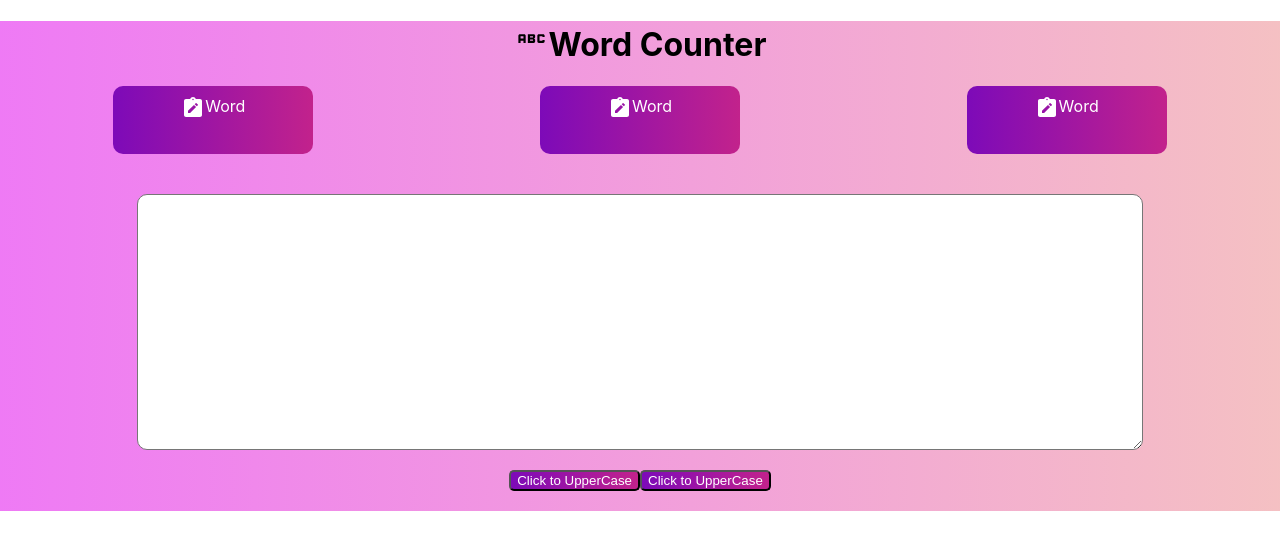
Repository: 123cuongcao/nopbai-basic
Page: /
The author's editor kept a copy of each file at every save. The page is drawn from the files as they stood at one save, then again after a run of saves.
The browser window is 1280 px wide. The pictures show the whole page.
The project was rebuilt for these pictures with package versions that can differ from the ones it lists, and the page was loaded fresh each time.

Above is the page before, as saved 2023-08-15 11:48:09.

After the next 2 saves:
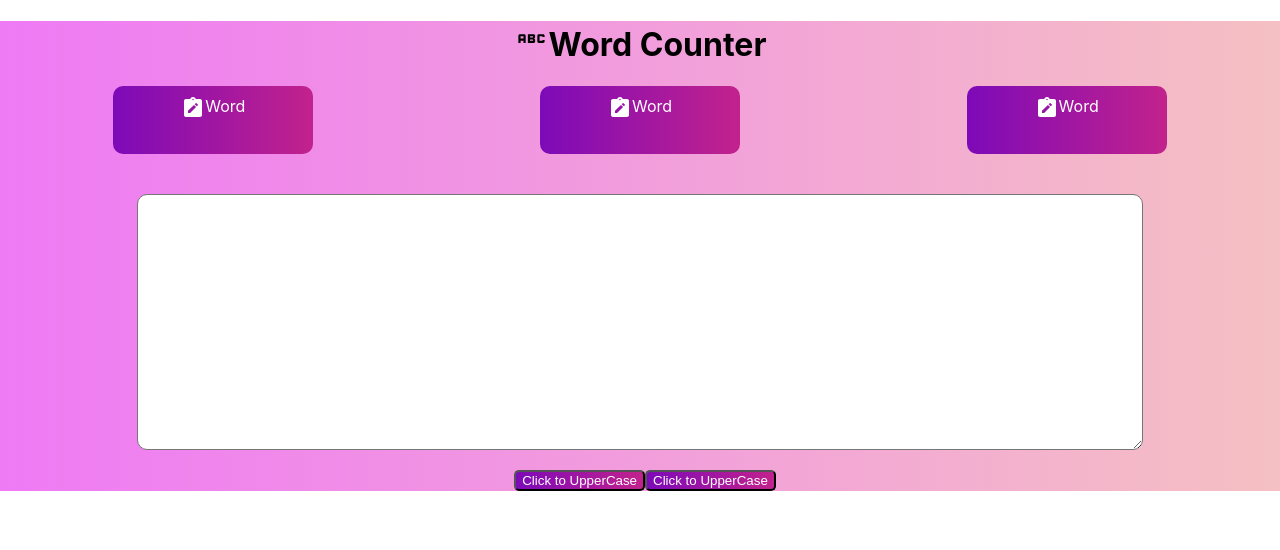
The 2 saves are shown as one change because they came seconds apart.
The last was saved 8 s later.
--- a/src/components/index.jsx
+++ b/src/components/index.jsx
@@ -22,7 +22,7 @@ export default function Index() {
             <Textarea/>
       </div>
 
-      <div style={{display:'flex',justifyContent:'center',padding:'20px '}}>
+      <div style={{display:'flex',justifyContent:'center',padding:'20px 0px 0px 10px'}}>
             <button style={{background:'linear-gradient(to right,#7D0AB8,#C2228C',color:'#fff',borderRadius:'5px'}} >Click to UpperCase</button>
             <button style={{background:'linear-gradient(to right,#7D0AB8,#C2228C',color:'#fff',borderRadius:'5px'}} >Click to UpperCase</button>
 
